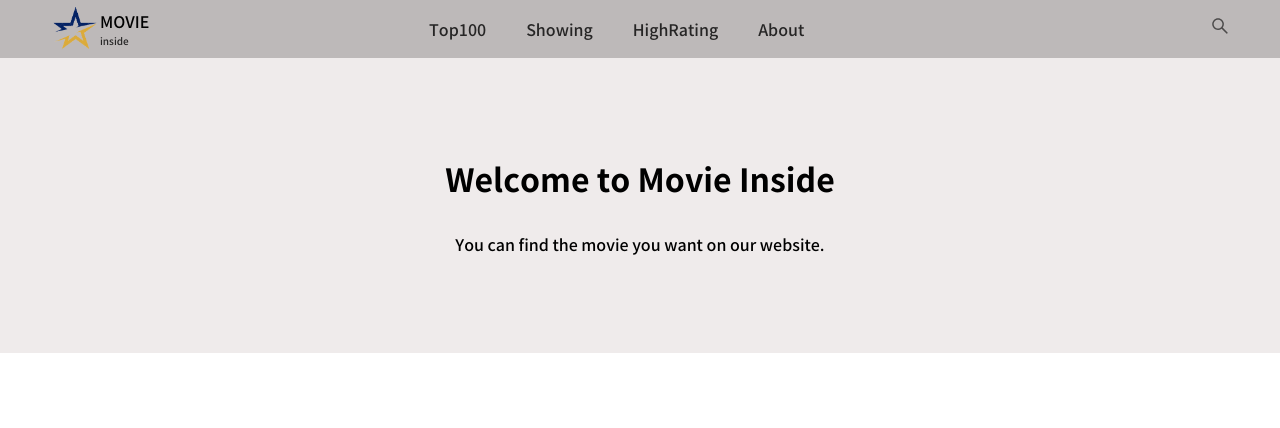
Repository: yangddoddi/Movie-Inside
Page: /
The author's editor kept a copy of each file at every save. The page is drawn from the files as they stood at one save, then again after the next save.
The browser window is 1280 px wide. The pictures show the whole page.
The project was rebuilt for these pictures with package versions that can differ from the ones it lists, and the page was loaded fresh each time. Also part of the build but not shown: src/App.css, src/routes/Detail.js.

Above is the page before, as saved 2022-05-02 19:46:08.

After the next save:
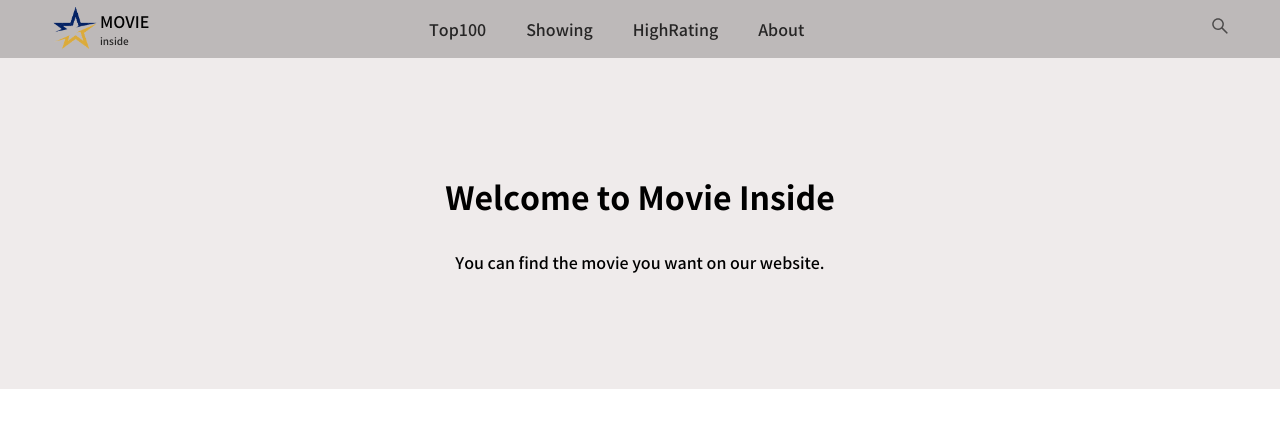
Saved 12 s later.
--- a/src/components/Main/Jumbotron.module.scss
+++ b/src/components/Main/Jumbotron.module.scss
@@ -5,7 +5,7 @@
     display: flex;
     justify-content: center;
     align-items: center;
-    height: 41vh;
+    height: 46vh;
 }
 
 .jumbotronContainer {
